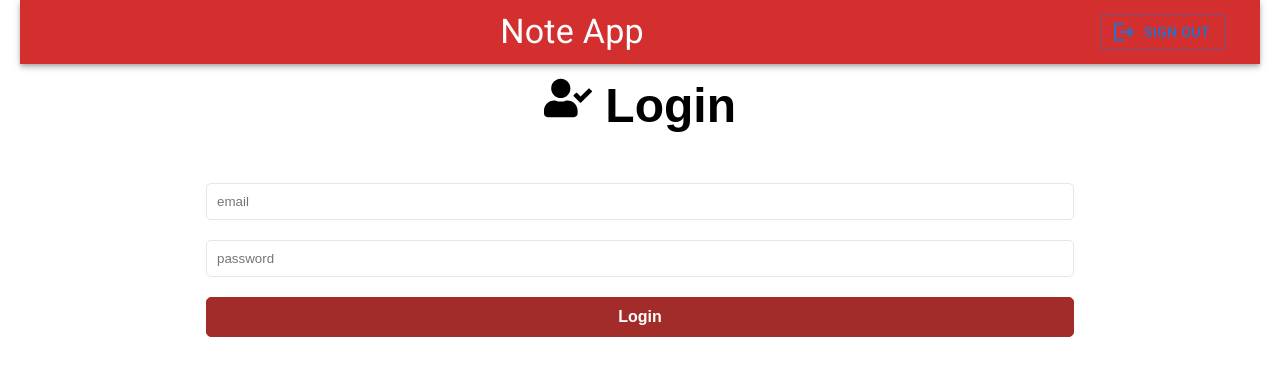
Repository: halilhaninan/MERNSTACK-Note-App
Page: / (app in frontend/)
These files come from the project's save history. The page is drawn as it stood at one moment and after the next save; the edit follows.
The browser window is 1280 px wide. The pictures show the whole page.
The project was rebuilt for these pictures with package versions that can differ from the ones it lists, and the page was loaded fresh each time. Also part of the build but not shown: frontend/src/Components/Spinner.jsx, frontend/src/Components/Not.jsx, frontend/src/pages/Register.jsx, frontend/src/features/counter/counterSlice.js, frontend/src/features/counter/counter.js, frontend/src/App.css.

Above is the page before, as saved 2022-09-03 11:06:44.

### frontend/src/index.js
import React from "react";
import ReactDOM from "react-dom";
import "./index.css";
import App from "./App";

import { store } from "./app/store";
import { Provider } from "react-redux";

// import { createStore } from "redux";
// import { Provider } from "react-redux";
// import butunRreducerler from "./reducers";

// const hesapla = (state = 0, action) => {
//   switch (action.type) {
//     case "topla":
//       return state + 1;
//     case "cikar":
//       return state - 1;
//     default:
//       return state;
//   }
// };

// let store = createStore(
//   butunRreducerler,
//   window.__REDUX_DEVTOOLS_EXTENSION__ && window.__REDUX_DEVTOOLS_EXTENSION__()
// );

// store.subscribe(() => console.log(store.getState()));
//const root = ReactDOM.createRoot(document.getElementById("root"));
ReactDOM.render(
  <Provider store={store}>
    <App />
  </Provider>,
  document.getElementById("root")
);

// If you want to start measuring performance in your app, pass a function
// to log results (for example: reportWebVitals(console.log))
// or send to an analytics endpoint. Learn more: https://bit.ly/CRA-vitals

### frontend/src/index.css
@import url("https://fonts.googleapis.com/css2?family=Lobster&display=swap");

* {
  margin: 0;
  padding: 0;
  box-sizing: border-box;
}

body {
  font-family: Arial, Helvetica, sans-serif;
  height: 100vh;
  font-size: larger;
}

a {
  text-decoration: none;
  color: #000;
}

p {
  line-height: 1.7;
}

ul {
  list-style: none;
}

li {
  line-height: 2.2;
}

h1,
h2,
h3 {
  font-weight: 600;
  margin-bottom: 10px;
}

.container {
  width: 100%;
  max-width: 1500px;
  margin: 0 auto;
  padding: 0 20px;
  text-align: center;
}

.header {
  display: flex;
  justify-content: space-between;
  align-items: center;
  padding: 20px 0;
  border-bottom: 1px solid #e6e6e6;
  margin-bottom: 60px;
}

.header ul {
  display: flex;
  align-items: center;
  justify-content: space-between;
}

.header ul li {
  margin-left: 20px;
}

.header ul li a {
  display: flex;
  align-items: center;
  color: #a22c29;
}

.header ul li a:hover {
  color: #f27059;
}

.header ul li a svg {
  margin-right: 5px;
}

.heading {
  font-size: 2rem;
  font-weight: 700;
  margin-bottom: 50px;
  padding: 0 20px;
}

.heading p {
  color: #828282;
}

.notlar {
  display: grid;
  grid-template-columns: repeat(3, 1fr);
  gap: 10px;
}

.not {
  background-color: #f4f4f4;
  margin: 10px 0;
  padding: 20px 0 10px;
  position: relative;
}

.not .close {
  position: absolute;
  top: 10px;
  right: 15px;
  cursor: pointer;
  border: none;
  background: none;
}

.form,
.content {
  width: 70%;
  margin: 0 auto;
}

.form-group {
  margin-bottom: 10px;
}

.form-group input,
.form-group textarea,
.form-group select {
  width: 100%;
  padding: 10px;
  border: 1px solid #e6e6e6;
  border-radius: 5px;
  margin-bottom: 10px;
  font-family: inherit;
}

.form-group label {
  text-align: left;
  display: block;
  margin: 0 0 5px 3px;
}

.btn {
  padding: 10px 20px;
  border: 1px solid #a22c29;
  border-radius: 5px;
  background: #a22c29;
  color: #fff;
  font-size: 16px;
  font-weight: 700;
  cursor: pointer;
  text-align: center;
  appearance: button;
  display: flex;
  align-items: center;
  justify-content: center;
}

.btn svg {
  margin-right: 8px;
}

.btn-reverse {
  background: #fff;
  color: #000;
}

.btn-block {
  width: 100%;
  margin-bottom: 20px;
}

.btn-add {
  background: #34a0a4 !important;
  border: 1px solid #34a0a4;
}

.btn:hover {
  transform: scale(0.98);
}

.loadingSpinnerContainer {
  position: fixed;
  top: 0;
  right: 0;
  bottom: 0;
  left: 0;
  background-color: rgba(0, 0, 0, 0.5);
  z-index: 5000;
  display: flex;
  justify-content: center;
  align-items: center;
}

.loadingSpinner {
  width: 64px;
  height: 64px;
  border: 8px solid;
  border-color: #000 transparent #555 transparent;
  border-radius: 50%;
  animation: spin 1.2s linear infinite;
}

@keyframes spin {
  0% {
    transform: rotate(0deg);
  }
  100% {
    transform: rotate(360deg);
  }
}

@media (max-width: 960px) {
  .notlar {
    grid-template-columns: repeat(2, 1fr);
  }
}

@media (max-width: 600px) {
  .form {
    width: 90%;
  }

  .heading h1 {
    font-size: 2rem;
  }

  .heading p {
    font-size: 1.5rem;
  }

  .notlar {
    grid-template-columns: repeat(1, 1fr);
  }
}

### frontend/src/App.js
import { BrowserRouter as Router, Routes, Route } from "react-router-dom";
import Header from "./Components/Header";
import Dashboard from "./pages/Dashboard";
import Login from "./pages/Login";
import Register from "./pages/Register";

// import { useSelector, useDispatch } from "react-redux";
// import { girisYap, topla, cikar } from "./actions";

import { ToastContainer } from "react-toastify";
import "react-toastify/dist/ReactToastify.css";
import Counter from "./features/counter/counter";
import "./App.css";

function App() {
  // return (
  //   <div>
  //     <Counter />
  //   </div>
  // );
  return (
    <>
      <Router>
        <div className="container">
          <Header></Header>
          <Routes>
            <Route path="/" element={<Dashboard />} />
            <Route path="/register" element={<Register />} />
            <Route path="/login" element={<Login />} />
          </Routes>
        </div>
      </Router>
      <ToastContainer />
    </>
  );
  //
  //
  //
  // const giris = useSelector((state) => state.giris);
  // const hesapla = useSelector((state) => state.hesapla);
  // const dispatch = useDispatch();
  // return (
  //   <div className="app">
  //     {giris ? (
  //       <>
  //         {hesapla}
  //         <button onClick={() => dispatch(topla())}>+</button>
  //         <button onClick={() => dispatch(cikar())}>-</button>
  //       </>
  //     ) : (
  //       <>
  //         <h3>please sign in</h3>
  //         <button onClick={() => dispatch(girisYap())}>sign in</button>
  //       </>
  //     )}
  //   </div>
  // );
}

export default App;

### frontend/src/app/store.js
import { configureStore } from "@reduxjs/toolkit";

import authReducer from "../features/auth/authSlice";
import notReducer from "../features/data/dataSlice";

export const store = configureStore({
  reducer: {
    auth: authReducer,
    notlar: notReducer,
  },
});

// yeni not olustururken altta olan kod gibi dataslice olustur sonra store.js den import et reducer ile tanimla ++ data service olusturuluyor

// import { createSlice, createAsyncThunk } from "@reduxjs/toolkit";

// const initialState = {
//   notlar: [],
//   isHata: false,
//   isBasari: false,
//   isYkleniyor: false,
//   mesaj: "",
// };

// export const notSlice = createSlice({
//   name: "notlar",
//   initialState,
//   reducers: {
//     reset: (state) => initialState,
//   },
// });

// export const { reset }  = notSlice.actions;
// export default notSlice.reducer;

### frontend/src/Components/Header.jsx
import React from "react";
import { FaSignInAlt, FaSignOutAlt, FaUser, FaPen } from "react-icons/fa";
import { Link, useNavigate } from "react-router-dom";
import { useSelector, useDispatch } from "react-redux";
import { logout, reset } from "../features/auth/authSlice";
import AppBar from "@mui/material/AppBar";
import { Toolbar, Typography, Button } from "@mui/material";
import { Login, Face, Home, Logout } from "@mui/icons-material";

function Header() {
  const navigate = useNavigate();
  const dispatch = useDispatch();

  const { kullanici } = useSelector((state) => state.auth);

  const onLogout = () => {
    dispatch(logout());
    dispatch(reset());
    navigate("/login");
  };

  return (
    <AppBar position="static" color="error" sx={{ marginBottom: "10px" }}>
      <Toolbar>
        <Typography variant="h4" component="div" sx={{ flexGrow: 1 }}>
          Note App
        </Typography>
        {kullanici ? (
          <>
            <Button
              sx={{ marginRight: "10px" }}
              colors="inherit"
              size="large"
              startIcon={<Home />}
              onClick={anasayfayaGit}>
              Home Page
            </Button>
            <Button
              variant="outlined"
              sx={{ marginRight: "10px" }}
              colors="inherit"
              size="size"
              startIcon={<Logout />}
              onClick={onLogout}>
              Sign out
            </Button>
          </>
        ) : (
          <>
            <Button
              variant="outlined"
              sx={{ marginRight: "10px" }}
              colors="inherit"
              size="size"
              startIcon={<Logout />}
              onClick={onLogout}>
              Sign out
            </Button>
          </>
        )}
      </Toolbar>
    </AppBar>
  );

  // return (
  //   <header className="header">
  //     <h2>mongo db test app </h2>
  //     <div className="logo"></div>
  //     <ul>
  //       {kullanici ? (
  //         <>
  //           <li>
  //             <Link to="/">
  //               <FaPen /> Create Note
  //             </Link>
  //           </li>
  //           <li>
  //             <button className="btn" onClick={onLogout}>
  //               Logout{" "}
  //             </button>
  //           </li>
  //         </>
  //       ) : (
  //         <>
  //           <li>
  //             <Link to="/login">
  //               <FaSignInAlt /> Login
  //             </Link>
  //           </li>
  //           <li>
  //             <Link to="/register">
  //               <FaUser /> Register
  //             </Link>
  //           </li>
  //         </>
  //       )}
  //     </ul>
  //   </header>
  // );
}

export default Header;

### frontend/src/pages/Dashboard.jsx
import React, { useEffect } from "react";

import { useNavigate } from "react-router-dom";
import { useSelector, useDispatch } from "react-redux";
import NotForm from "../Components/NotForm";
import { notlarGetir, reset } from "../features/data/dataSlice";
import Spinner from "../Components/Spinner";
import Not from "../Components/Not";

function Dashboard() {
  const navigate = useNavigate();
  const dispatch = useDispatch();
  const { kullanici } = useSelector((state) => state.auth);
  const { notlar, isYukleniyor, isHata, isBasari, mesaj } = useSelector(
    (state) => state.notlar
  );

  useEffect(() => {
    if (isHata) {
      console.log(mesaj);
    }

    if (!kullanici) {
      navigate("/login");
      console.log("halilhan");
    }
    dispatch(notlarGetir());
    return () => {
      dispatch(reset());
    };
  }, [kullanici, navigate, isHata, mesaj, dispatch]);

  if (isYukleniyor) {
    <Spinner />;
  }

  return (
    <>
      <section className="heading">
        <h1>Merhaba {kullanici && kullanici.kullaniciAd}</h1>
        <p>add note</p>
      </section>
      <NotForm />
      <section className="content">
        {notlar.length > 0 ? (
          <div className="notlar">
            {notlar.map((not) => (
              <Not key={not._id} not={not} />
            ))}
          </div>
        ) : (
          <h3>henuz not yerletisrmediniz</h3>
        )}
      </section>
    </>
  );
}

export default Dashboard;

### frontend/src/pages/Login.jsx
import React, { useState, useEffect } from "react";

import { FaUserCheck } from "react-icons/fa";
import { useSelector, useDispatch } from "react-redux";
import { useNavigate } from "react-router-dom";
import { toast } from "react-toastify";
import { login, reset } from "../features/auth/authSlice";
import Spinner from "../Components/Spinner";

function Login() {
  const navigate = useNavigate();
  const dispatch = useDispatch();

  const { kullanici, isHata, isBasari, isYukleniyor, mesaj } = useSelector(
    (state) => state.auth
  );

  const [formData, setFormData] = useState({
    email: "",
    parola: "",
  });

  const { email, parola } = formData;

  const onChange = (e) => {
    setFormData((prev) => ({
      ...prev,
      [e.target.name]: e.target.value,
    }));
  };

  const onSubmit = (e) => {
    e.preventDefault();
    // console.log(formData);

    const userData = { email, parola };
    dispatch(login(userData));
  };

  useEffect(() => {
    if (isHata) {
      toast.error(mesaj);
    }
    if (isBasari || kullanici) {
      navigate("/");
    }
  }, [kullanici, isHata, isBasari, mesaj, navigate, dispatch, isYukleniyor]);

  if (isYukleniyor) {
    <Spinner />;
  }

  return (
    <>
      <section className="heading">
        <h1>
          <FaUserCheck /> Login
        </h1>
      </section>
      <section className="form">
        <form onSubmit={onSubmit}>
          <div className="form-group">
            <input
              type="email"
              classname="form-control"
              id="email"
              name="email"
              value={email}
              placeholder="email"
              onChange={onChange}></input>
          </div>
          <div className="form-group">
            <input
              type="password"
              classname="form-control"
              id="parola"
              name="parola"
              value={parola}
              placeholder="password"
              onChange={onChange}></input>
          </div>

          <div className="form-group">
            <button type="submit" className="btn btn-block">
              Login
            </button>
          </div>
        </form>
      </section>
    </>
  );
}

export default Login;

### frontend/src/features/auth/authSlice.js
import { createAsyncThunk, createSlice } from "@reduxjs/toolkit";
import authService from "./authService";

const kullanici = JSON.parse(localStorage.getItem("kullanici"));

const initialState = {
  kullanici: kullanici ? kullanici : null,
  isHata: false,
  isBasari: false,
  isYukleniyor: false,
  mesaj: "",
};

export const register = createAsyncThunk(
  "auth/register",
  async (user, thunkAPI) => {
    try {
      return await authService.register(user);
    } catch (error) {
      const mesaj =
        (error.response &&
          error.response.data &&
          error.response.data.message) ||
        error.message ||
        error.toString();

      return thunkAPI.rejectWithValue(mesaj);
    }
  }
);

export const authSlice = createSlice({
  name: "auth",
  initialState,
  reducers: {
    reset: (state) => {
      state.isHata = false;
      state.isBasari = false;
      state.isYukleniyor = false;
      state.mesaj = "";
    },
  },
  extraReducers: (builder) => {
    builder
      .addCase(register.pending, (state) => {
        state.isYukleniyor = true;
      })
      .addCase(register.fulfilled, (state, action) => {
        state.isYukleniyor = false;
        state.isBasari = true;
        state.kullanici = action.payload;
      })
      .addCase(register.rejected, (state, action) => {
        state.isYukleniyor = false;
        state.isHata = true;
        state.mesaj = action.payload;
        state.kullanici = null;
      }) //
      .addCase(login.pending, (state) => {
        state.isYukleniyor = true;
      })
      .addCase(login.fulfilled, (state, action) => {
        state.isYukleniyor = false;
        state.isBasari = true;
        state.kullanici = action.payload;
      })
      .addCase(login.rejected, (state, action) => {
        state.isYukleniyor = false;
        state.isHata = true;
        state.mesaj = action.payload;
        state.kullanici = null;
      })
      .addCase(logout.fulfilled, (state) => {
        state.kullanici = null;
      });
  },
});

export const logout = createAsyncThunk("auth/logout", async () => {
  await authService.logout();
});

export const login = createAsyncThunk("auth/login", async (user, thunkAPI) => {
  try {
    return await authService.login(user);
  } catch (error) {
    const mesaj =
      (error.response && error.response.data && error.response.data.message) ||
      error.message ||
      error.toString();

    return thunkAPI.rejectWithValue(mesaj);
  }
});

export const { reset } = authSlice.actions;
export default authSlice.reducer;

### frontend/src/features/data/dataSlice.js
import { createSlice, createAsyncThunk } from "@reduxjs/toolkit";
import thunk from "redux-thunk";
import dataService from "./dataService";

const initialState = {
  notlar: [],
  isHata: false,
  isBasari: false,
  isYukleniyor: false,
  mesaj: "",
};

export const notSlice = createSlice({
  name: "notlar",
  initialState,
  reducers: {
    reset: (state) => initialState,
  },
  extraReducers: (builder) => {
    builder
      .addCase(notOlustur.pending, (state) => {
        state.isYukleniyor = true;
      })
      .addCase(notOlustur.fulfilled, (state, action) => {
        state.isYukleniyor = false;
        state.isBasari = true;
        state.notlar.unshift(action.payload);
      })
      .addCase(notOlustur.rejected, (state, action) => {
        state.isYukleniyor = false;
        state.isHata = true;
        state.isBasari = false;
        state.mesaj = action.payload;
      })
      .addCase(notlarGetir.pending, (state) => {
        state.isYukleniyor = true;
      })
      .addCase(notlarGetir.fulfilled, (state, action) => {
        state.isYukleniyor = false;
        state.isBasari = true;
        state.notlar = action.payload;
      })
      .addCase(notlarGetir.rejected, (state, action) => {
        state.isYukleniyor = false;
        state.isBasari = false;
        state.isHata = true;
        state.mesaj = action.payload;
      })
      .addCase(notSil.pending, (state) => {
        state.isYukleniyor = true;
      })
      .addCase(notSil.fulfilled, (state, action) => {
        state.isYukleniyor = false;
        state.isBasari = true;
        state.notlar = state.notlar.filter(
          (not) => not._id !== action.payload.id
        );
      })
      .addCase(notSil.rejected, (state, action) => {
        state.isYukleniyor = false;
        state.isBasari = false;
        state.isHata = true;
        state.mesaj = action.payload;
      });
  },
});

export const notOlustur = createAsyncThunk(
  "notlar/create",
  async (notData, thunkAPI) => {
    try {
      const token = thunkAPI.getState().auth.kullanici.token;
      return await dataService.notOlustur(notData, token);
    } catch (error) {
      const mesaj =
        (error.response &&
          error.response.data &&
          error.response.data.message) ||
        error.message ||
        error.toString();

      return thunkAPI.rejectWithValue(mesaj);
    }
  }
);

export const notlarGetir = createAsyncThunk(
  "notlar/getAll",
  async (_, thunkAPI) => {
    try {
      const token = thunkAPI.getState().auth.kullanici.token;
      return await dataService.notlarGetir(token);
    } catch (error) {
      const mesaj =
        (error.response &&
          error.response.data &&
          error.response.data.message) ||
        error.message ||
        error.toString();

      return thunkAPI.rejectWithValue(mesaj);
    }
  }
);

export const notSil = createAsyncThunk(
  "notlar/delete",
  async (id, thunkAPI) => {
    try {
      const token = thunkAPI.getState().auth.kullanici.token;
      return await dataService.notSil(id, token);
    } catch (error) {
      const mesaj =
        (error.response &&
          error.response.data &&
          error.response.data.message) ||
        error.message ||
        error.toString();

      return thunkAPI.rejectWithValue(mesaj);
    }
  }
);

export const { reset } = notSlice.actions;
export default notSlice.reducer;

### frontend/src/Components/NotForm.jsx
import React, { useState } from "react";
import { useDispatch } from "react-redux";
import { notOlustur } from "../features/data/dataSlice";

function NotForm() {
  const [baslik, setBaslik] = useState("");
  const [aciklama, setAciklama] = useState("");
  const [oncelik, setOncelik] = useState("");

  const dispatch = useDispatch();

  const onSubmit = (e) => {
    e.preventDefault();
    // console.log(baslik, aciklama, oncelik);
    dispatch(notOlustur({ baslik, aciklama, oncelik }));
    setBaslik("");
    setAciklama("");
    setOncelik(1);
  };

  return (
    <section className="form">
      <form onSubmit={onSubmit}>
        <div className="form-group">
          <label htmlFor="baslik">Not baslik</label>
          <input
            type="text"
            id="baslik"
            name="baslik"
            value={baslik}
            onChange={(e) => setBaslik(e.target.value)}
          />
        </div>
        <div className="form-group">
          <label htmlFor="aciklama">Not aciklama</label>
          <input
            type="text"
            id="aciklama"
            name="aciklama"
            value={aciklama}
            onChange={(e) => setAciklama(e.target.value)}
          />
        </div>
        <div className="form-group">
          <label htmlFor="oncelik">Not oncelik</label>
          <select onChange={(e) => setOncelik(e.target.value)} value={oncelik}>
            <option value="1">Az oncelikli</option>
            <option value="2">oncelikli</option>
            <option value="3">Cok oncelikli</option>
          </select>
        </div>
        <div className="form-group">
          <button type="submit" className="btn btn-block btn-add">
            Not ekle
          </button>
        </div>
      </form>
    </section>
  );
}

export default NotForm;

### frontend/src/features/auth/authService.js
import axios from "axios";

const API_URL = "/api/kullanicilar/";

const register = async (kullaniciData) => {
  const response = await axios.post(API_URL, kullaniciData);

  if (response.data) {
    localStorage.setItem("kullanici", JSON.stringify(response.data));
  }

  return response.data;
};

const logout = () => {
  localStorage.removeItem("kullanici");
};

const login = async (kullaniciData) => {
  const response = await axios.post(API_URL + "login", kullaniciData);
  if (response.data) {
    localStorage.setItem("kullanici", JSON.stringify(response.data));
  }

  return response.data;
};

const authService = {
  register,
  logout,
  login,
};

export default authService;

### frontend/src/features/data/dataService.js
import axios from "axios";

const API_URL = "/api/notlar/";

const notOlustur = async (notData, token) => {
  const config = {
    headers: {
      Authorization: `Bearer ${token}`,
    },
  };
  const response = await axios.post(API_URL, notData, config);

  return response.data;
};

const notlarGetir = async (token) => {
  const config = {
    headers: {
      Authorization: `Bearer ${token}`,
    },
  };
  const response = await axios.get(API_URL, config);
  return response.data;
};

const notSil = async (notId, token) => {
  const config = {
    headers: {
      Authorization: `Bearer ${token}`,
    },
  };

  const response = await axios.delete(API_URL + notId, config);

  return response.data;
};

const dataService = {
  notOlustur,
  notlarGetir,
  notSil,
};

export default dataService;

Loaded but not shown: frontend/public/index.html (common file)

After the next save:
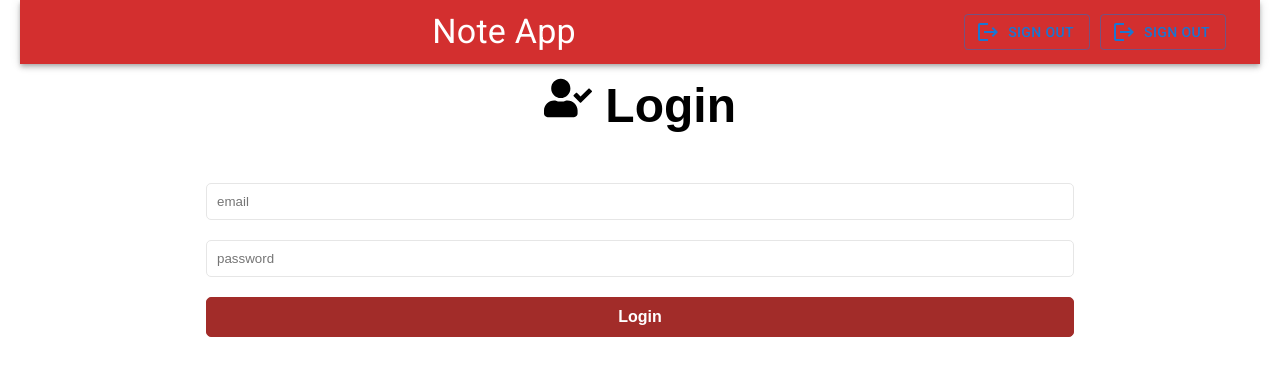
Saved 5 s later.
--- a/frontend/src/Components/Header.jsx
+++ b/frontend/src/Components/Header.jsx
@@ -56,6 +56,15 @@ function Header() {
               onClick={onLogout}>
               Sign out
             </Button>
+            <Button
+              variant="outlined"
+              sx={{ marginRight: "10px" }}
+              colors="inherit"
+              size="size"
+              startIcon={<Logout />}
+              onClick={onLogout}>
+              Sign out
+            </Button>
           </>
         )}
       </Toolbar>
